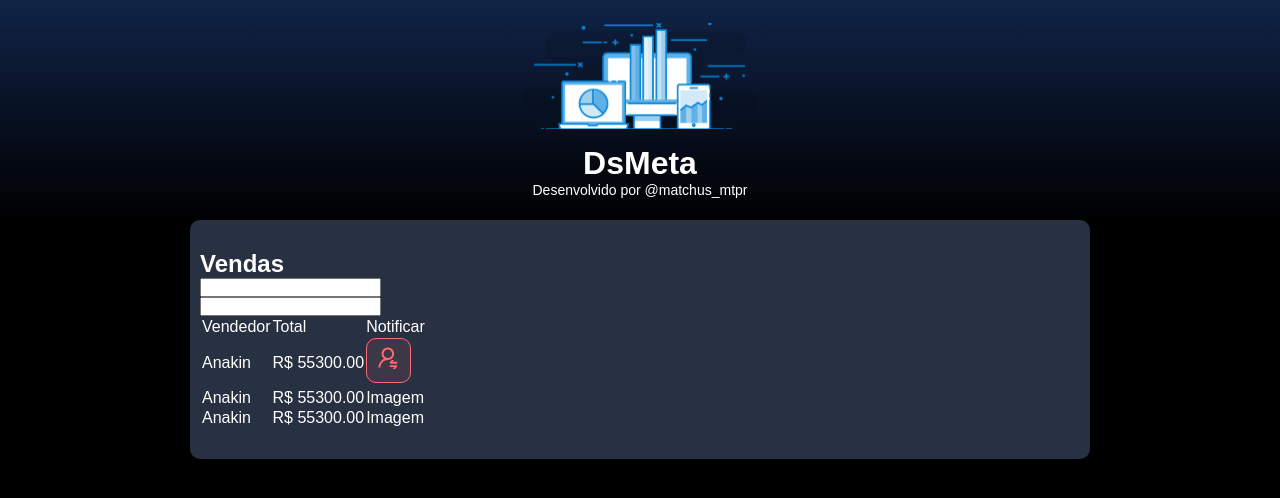
Repository: MatheusAlvesPereiraRosa/ds-meta
Page: index.html
The author's editor kept a copy of each file at every save. The page is drawn from the files as they stood at one save, then again after the next save.
The browser window is 1280 px wide. The pictures show the whole page.

Above is the page before, as saved 2022-09-01 11:52:31.

### index.html
<!DOCTYPE html>
<html lang="en">
  <head>
    <meta charset="UTF-8" />
    <meta http-equiv="X-UA-Compatible" content="IE=edge" />
    <meta name="viewport" content="width=device-width, initial-scale=1.0" />
    <title>Document</title>

    <link rel="stylesheet" href="styles.css" />
  </head>

  <body>
    <header>
      <div class="dsmeta-logo-container">
        <img src="logo.svg" alt="Logo" />
        <h1>DsMeta</h1>
        <p>
          Desenvolvido por
          <a href="https://www.instagram.com/matchus_mtpr">@matchus_mtpr</a>
        </p>
      </div>
    </header>

    <main>
      <section id="sales">
        <div class="dsmeta-container">
          <div class="dsmeta-card">
            <h2 class="dsmeta-sales-title">Vendas</h2>
            <div>
              <div>
                <input type="text" />
              </div>
              <div>
                <input type="text" />
              </div>
            </div>

            <div>
              <table>
                <thead>
                  <tr>
                    <td>Vendedor</td>
                    <td>Total</td>
                    <td>Notificar</td>
                  </tr>
                </thead>
                <tbody>
                  <tr>
                    <td>Anakin</td>
                    <td>R$ 55300.00</td>
                    <td><img src="icon.svg" alt="Notificar" /></td>
                  </tr>
                  <tr>
                    <td>Anakin</td>
                    <td>R$ 55300.00</td>
                    <td>Imagem</td>
                  </tr>
                  <tr>
                    <td>Anakin</td>
                    <td>R$ 55300.00</td>
                    <td>Imagem</td>
                  </tr>
                </tbody>
              </table>
            </div>
          </div>
        </div>
      </section>
    </main>
  </body>
</html>

### styles.css
@import url('https://fonts.googleapis.com/css2?family=Roboto:wght@300&display=swap');

* {
    font-family: 'Rotobto', sans-serif;
    box-sizing: border-box;
    margin: 0;
    padding: 0;
}

header {
    background: linear-gradient(180deg, #102347 0%, transparent);
    height: 220px;
    display: flex;
    align-items: center;
    justify-content: center;
}

body, html {
    background-color: black;
    color: #fff;
}

a, a:hover, a:visited {
    color: unset;
    text-decoration: none;
}

.dsmeta-logo-container {
    display: flex;
    flex-direction: column;
    align-items: center;
}

.dsmeta-logo-container img{
    width: 235px;
}

.dsmeta-logo-container h1{
    margin-top: 15px;
}

.dsmeta-logo-container p{
    font-size: 14px;
    font-weight: 300;
}

.dsmeta-card {
    background-color: #283142;
    border-radius: 10px;
    padding: 30px 10px;
}

.dsmeta-container {
    width: 100%;
    max-width: 900px;
    margin: 0 auto;
}

#id {
    padding: 40px 10px;
}

.dsmeta-sales-title {
    color: ;
}

After the next save:
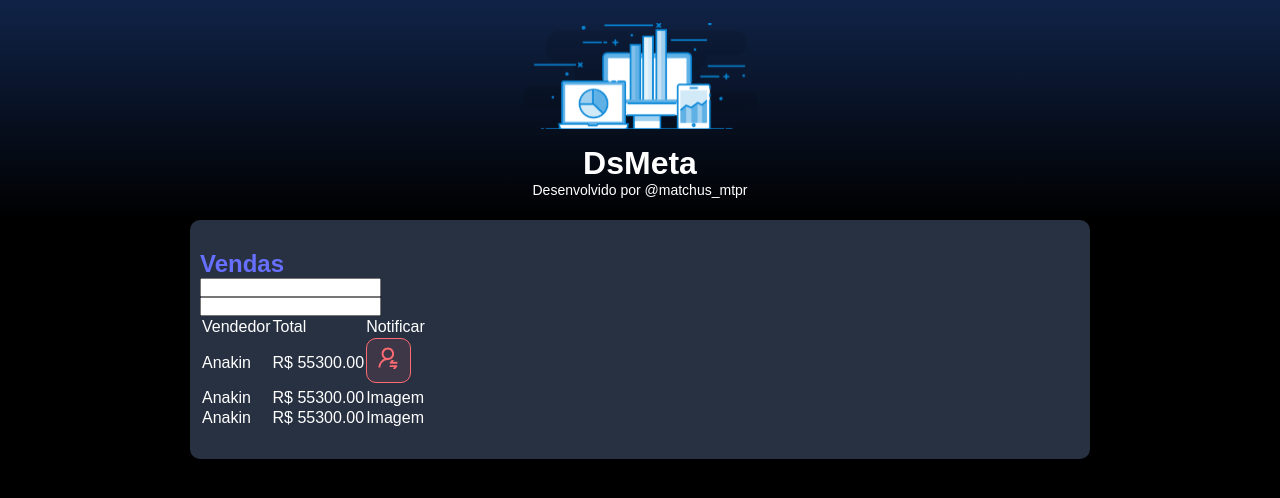
Saved 21 s later.
--- a/styles.css
+++ b/styles.css
@@ -61,5 +61,6 @@ a, a:hover, a:visited {
 }
 
 .dsmeta-sales-title {
-    color: ;
+    color: #676FFF;
+    font-size: 24px;
 }
